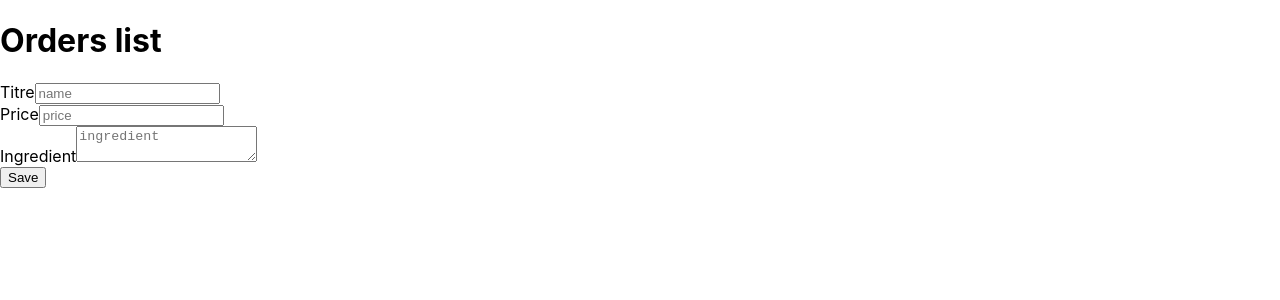
Repository: FS-23/react-navigation
Page: /
An editor plug-in stored every save of this project. The page is shown before and after the next save, followed by the edit.
The browser window is 1280 px wide. The pictures show the whole page.
The project was rebuilt for these pictures with package versions that can differ from the ones it lists, and the page was loaded fresh each time. Also part of the build but not shown: src/components/OderDetail.js.

Above is the page before, as saved 2022-05-06 14:56:43.

After the next save:
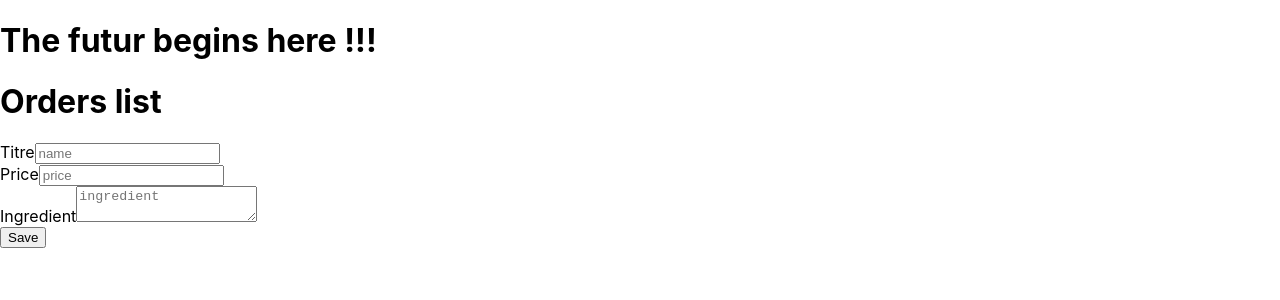
Saved 28 s later.
--- a/src/App.js
+++ b/src/App.js
@@ -2,6 +2,7 @@
 import OrderList from "./components/OrderList";
 import EditOrder from "./components/EditOrder";
 import OrderDetail from "./components/OderDetail";
+import Home from "./components/Home";
 
 import { BrowserRouter , Routes , Route} from 'react-router-dom'
 
@@ -9,6 +10,7 @@
   return (
     <BrowserRouter>
          <div className="App">
+            <Home />
             <OrderList />
             <EditOrder />
         </div>
